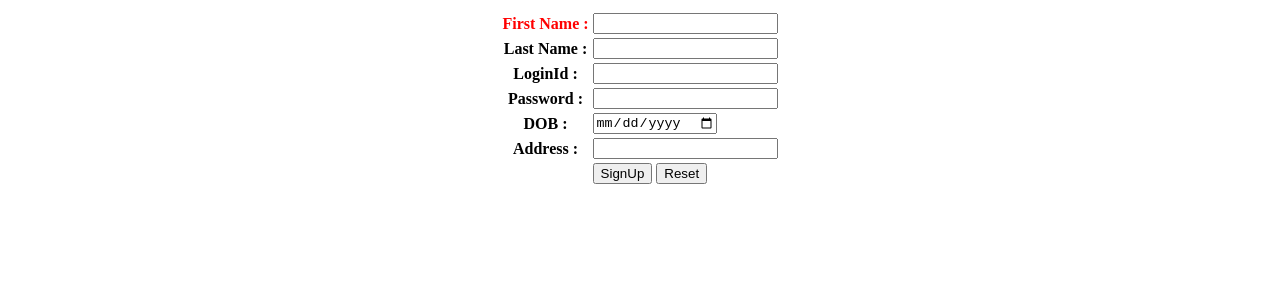
Repository: Jatdevta/AdvanceJava
Page: http://localhost/DynamicProject/UserRegistration.jsp
The author's editor kept a copy of each file at every save. The page is drawn from the files as they stood at one save, then again after the next save.
The browser window is 1280 px wide. The pictures show the whole page.
The page is served by Tomcat 9. Other server files are loaded and not shown.

Above is the page before, as saved 2023-08-18 07:02:19.

### Advancejava/DynamicProject/WebContent/UserRegistration.jsp
<%@ page language="java" contentType="text/html; charset=ISO-8859-1"
	pageEncoding="ISO-8859-1"%>
<!DOCTYPE html>
<html>
<head>
<meta charset="ISO-8859-1">
<title>SYSTUMM....!!!!!!</title>
</head>
<body>
<center>
<body>
	<%
		String msg = (String) request.getAttribute("msg");
	%>
	<form action="UserCTL" method="post">
		<table>
			<tr>
				<%
					if (msg != null) {
				%>
				<%=msg%>
				<%
					}
				%>
			</tr>
			<tr>


				<th style=color:red;> First Name :</th>
				<td><input type="text" name="firstName"></td>
			</tr>
			<tr>
				<th>Last Name :</th>
				<td><input type="text" name="lastName"></td>
			</tr>
			<tr>
				<th>LoginId :</th>
				<td><input type="text" name="loginId"></td>
			</tr>
			<tr>
				<th>Password :</th>
				<td><input type="password" name="password"></td>
			</tr>
			<tr>
				<th>DOB :</th>
				<td><input type="date" name="dob"></td>
			</tr>
			<tr>
				<th>Address :</th>
				<td><input type="text" name="address"></td>
			</tr>
			<tr>
				<th></th>
				<td><input type="submit" name="operation" value="SignUp">
					<input type="submit" name="operation" value="Reset"></td>
			</tr>
		</table>
	</form>
</body>
</html>

After the next save:
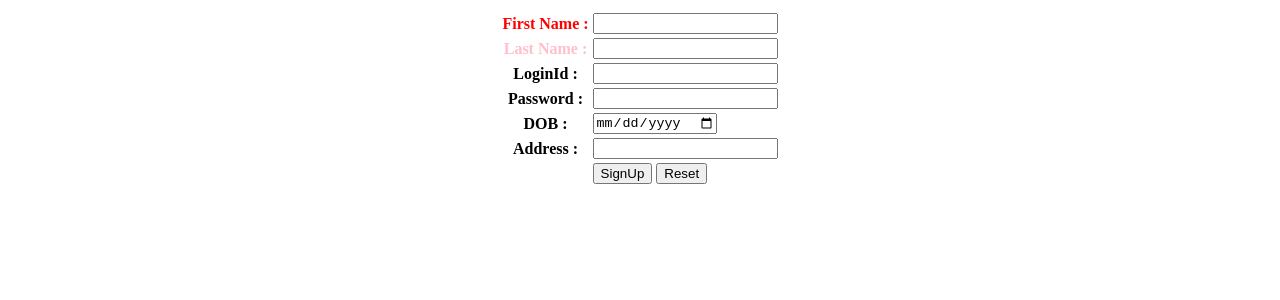
Saved 61 s later.
--- a/Advancejava/DynamicProject/WebContent/UserRegistration.jsp
+++ b/Advancejava/DynamicProject/WebContent/UserRegistration.jsp
@@ -30,7 +30,7 @@
 				<td><input type="text" name="firstName"></td>
 			</tr>
 			<tr>
-				<th>Last Name :</th>
+				<th style=color:pink;>Last Name :</th>
 				<td><input type="text" name="lastName"></td>
 			</tr>
 			<tr>

After the save that followed:
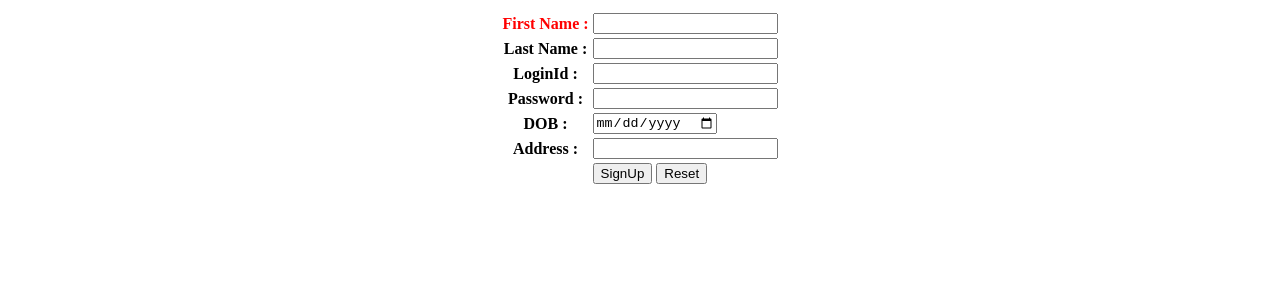
Saved 21 s later.
--- a/Advancejava/DynamicProject/WebContent/UserRegistration.jsp
+++ b/Advancejava/DynamicProject/WebContent/UserRegistration.jsp
@@ -30,7 +30,7 @@
 				<td><input type="text" name="firstName"></td>
 			</tr>
 			<tr>
-				<th style=color:pink;>Last Name :</th>
+				<th style=color:hot pink;>Last Name :</th>
 				<td><input type="text" name="lastName"></td>
 			</tr>
 			<tr>
